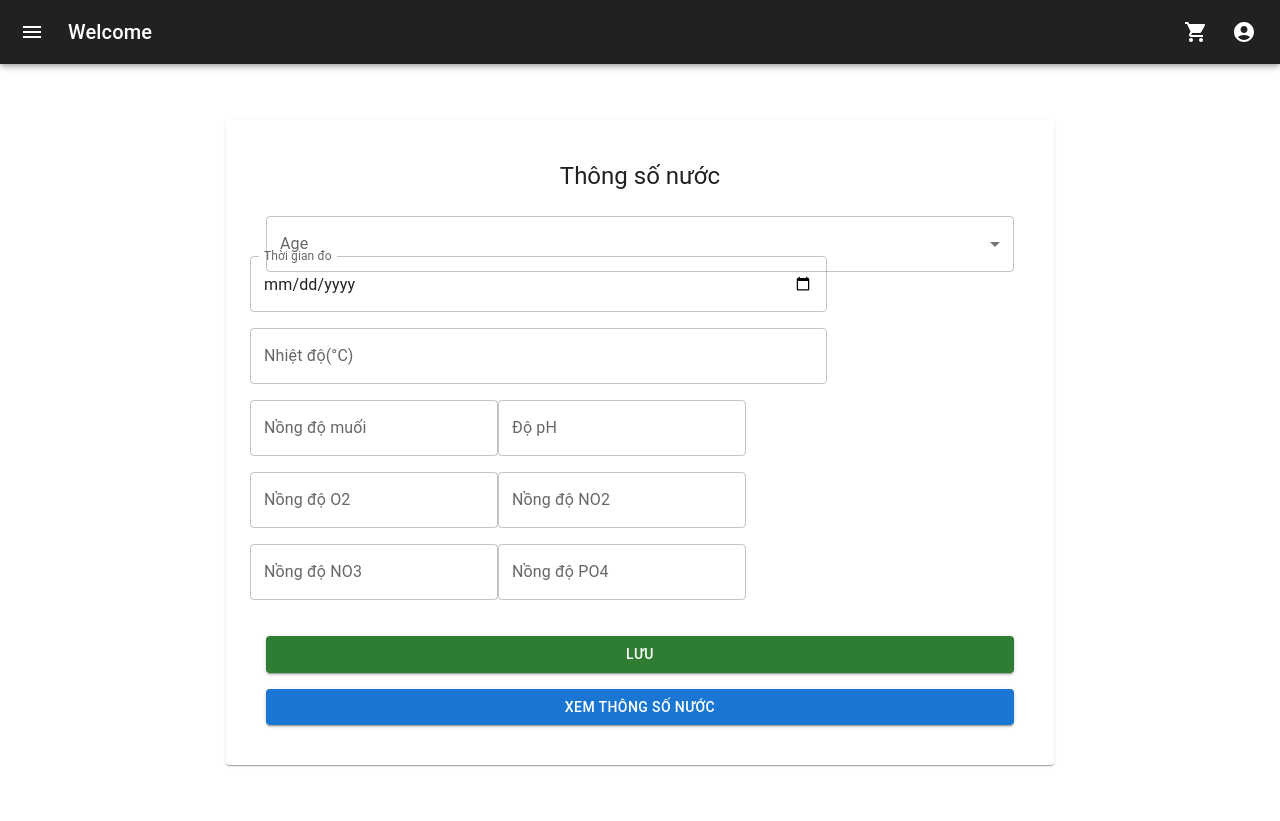
Repository: huynguyenj/KOICARE_FRONTEND
Page: /userhome/param (app in kcs-frontend/)
An editor plug-in stored every save of this project. The page is shown before and after the next save, followed by the edit.
The browser window is 1280 px wide. The pictures show the whole page.
The project was rebuilt for these pictures with package versions that can differ from the ones it lists, and the page was loaded fresh each time. Also part of the build but not shown: kcs-frontend/vite.config.js, kcs-frontend/src/components/Header/Header.css, kcs-frontend/src/components/Header/Header.jsx, kcs-frontend/src/components/Footer/Footer.jsx, kcs-frontend/src/components/Footer/FooterEnd.jsx, kcs-frontend/src/components/Footer/FooterCR.jsx, kcs-frontend/src/components/Footer/Footer1.jsx, kcs-frontend/src/pages/Guest/Home/Home.jsx and 38 more.

Above is the page before, as saved 2024-10-26 14:54:47.

### kcs-frontend/index.html
<!doctype html>
<html lang="en">
  <head>
    <meta charset="UTF-8" />
    <link rel="icon" type="image/svg+xml" href="/vite.svg" />
    <meta name="viewport" content="width=device-width, initial-scale=1.0" />
    <title>Koi Care System</title>
  </head>
  <body>
    <div id="root"></div>
    <script type="module" src="/src/main.jsx"></script>
  </body>
</html>

### kcs-frontend/src/main.jsx
import { createRoot } from "react-dom/client";
import App from "./App.jsx";
import "bootstrap/dist/css/bootstrap.min.css";
import "./index.css";
import { CartProvider } from "./pages/Store/Cart";

createRoot(document.getElementById("root")).render(

    <CartProvider>
      <App />
    </CartProvider>

);

### kcs-frontend/src/App.jsx
import "./App.css";
import { createBrowserRouter, RouterProvider } from "react-router-dom";
import { Navigate } from "react-router-dom";
import Home from "./pages/Guest/Home/Home";
import Login from "./pages/Auth/Login/Login";
import Register from "./pages/Auth/SignUp/SignUp";
import UserProfile from "./pages/UserProfile/UserProfile";

import Layout from "./components/Layout";
import Drawers from "./components/Drawers/User";
// import NavbarUser from "./components/NavbarAfterLogin/NavbarUser";
import MyFish from "./pages/MyFish/FishAdd";
import FishInfo from "./pages/MyFish/FishInfo";
import MyPond from "./pages/MyPond/MyPond";
import Admin from "./components/Drawers/Admin";
import Shop from "./components/Drawers/Shop";
import Dashboard from "./pages/Admin/Dashboard";
import UserInfo from "./pages/Admin/UserInfo";
import HomeForShop from "./pages/HomeForShop/HomeForShop";
// import AddProducts from "./pages/Products/AddProducts/AddProducts";
import FishList from "./pages/MyFish/MyFish";
import PondAdd from "./pages/MyPond/PondAdd";
import PondList from "./pages/MyPond/PondList";
import PondInfo from "./pages/MyPond/PondInfo";
import Store from "./pages/Store/Product";
import Details from "./pages/Store/Details";
import Orders from "./pages/Orders/Orders";
import Status_Products from "./pages/Status_Products/Status_Products";
import ShowProduct from "./pages/Products/ShowProducts/ShowProducts";
import AddProducts from "./pages/Products/AddProducts/AddProducts";
import Revenue from "./pages/Revenue/Revenue"

import News from "./pages/News/News";

import AddBlog from "./pages/News/AddBlog";
import BlogInfo from "./pages/News/blogInfo";
import MyBlog from "./pages/News/MyBlog";
import UpdateBlog from "./pages/News/UpdateBlog";
import Payment from "./pages/Payment/Payment";
import AddWaterParam from "./pages/Calculate/WaterParam/AddWaterParam";


function App() {
  const router = createBrowserRouter([
    {
      path: "/",
      element: <Layout />,
      children: [
        { index: true, element: <Home /> },
        { path: "login", element: <Login /> },
        { path: "register", element: <Register /> },
        {
          path: "userhome",
          element: <Drawers />,
          children: [
            { path: "userprofile", element: <UserProfile /> },
            { path: "myfish", element: <MyFish /> },
            { path: "myfishlist", element: <FishList /> },
            { path: "myfishlist/fishinfo/:id", element: <FishInfo/>},
            { path: "mypond", element: <MyPond /> },
            { path: "pondadd", element: <PondAdd /> },
            { path: "pondlist", element: <PondList /> },
            { path: "pondlist/pondinfo/:id", element: <PondInfo /> },
            { path: "store", element: <Store /> },
            { path: "/userhome/store/:id", element: <Details /> },
            { path: "", element: <Navigate to="mypond" replace /> },
            { path: "news", element: <News /> },
            { path:"param", element: <AddWaterParam/>}
          ],
        },
      ],
    },
    { path: "news", element: <News /> },
    { path: "addBlog", element: <AddBlog /> },
    { path: "blogDetail/:blogId", element: <BlogInfo /> },
    { path: "my-blogs", element: <MyBlog /> },
    { path: "updateBlog/:blogId", element: <UpdateBlog/> },
    { path: "payment", element: <Payment />},

    {
      path: "admin",
      element: <Admin />,
      children: [
        { path: "userInfo", element: <UserInfo /> },
        { path: "", element: <Navigate to="userInfo" replace /> },
        { path: "dashboard", element: <Dashboard /> },
      ],
    },
    {
      path: "shop",
      element: <Shop />,
      children: [
        { path: "homeForShop", element: <HomeForShop /> },
        { path: "addProducts", element: <AddProducts /> },
        { path: "showProduct", element: <ShowProduct /> },
        { path: "orders", element: <Orders /> },
        { path: "revenue", element: <Revenue /> },
        { path: "status_Products", element: <Status_Products /> },
        { path: "", element: <Navigate to="addProducts" replace /> },

      ],
    },
  ]);

  return (
    <>
      <RouterProvider router={router} />

    </>
  );
}

export default App;

### kcs-frontend/src/index.css
body {
      margin: 0;
      font-family: -apple-system, BlinkMacSystemFont, 'Segoe UI', 'Roboto', 'Oxygen',
            'Ubuntu', 'Cantarell', 'Fira Sans', 'Droid Sans', 'Helvetica Neue',
            sans-serif;
      -webkit-font-smoothing: antialiased;
      -moz-osx-font-smoothing: grayscale;
}

code {
      font-family: source-code-pro, Menlo, Monaco, Consolas, 'Courier New',
            monospace;
}

### kcs-frontend/src/pages/Store/Cart.jsx
// CartContext.js
import React, { createContext, useContext, useState } from "react";

const CartContext = createContext();

export const useCart = () => {
  return useContext(CartContext);
};

export const CartProvider = ({ children }) => {
  const [cartItems, setCartItems] = useState([]);

  const addToCart = (product, quantity) => {
    setCartItems((prevItems) => {
      const existingItem = prevItems.find(
        (item) => item.product.id === product.id
      );
      if (existingItem) {
        // If the product already exists, update its quantity
        return prevItems.map((item) =>
          item.product.id === product.id
            ? { ...item, quantity: item.quantity + quantity }
            : item
        );
      }
      // Otherwise, add the product to the cart with the selected quantity
      return [...prevItems, { product, quantity }];
    });
  };

  const updateQuantity = (productId, quantity) => {
    setCartItems((prevItems) =>
      prevItems.map((item) =>
        item.product.id === productId ? { ...item, quantity } : item
      )
    );
  };

  const removeFromCart = (productId) => {
    setCartItems((prevItems) =>
      prevItems.filter((item) => item.product.id !== productId)
    );
  };

 const calculateTotalPrice = () => {
   return cartItems.reduce((total, item) => {
     // Extract the numeric value from the price string and convert it to a number
     const price = parseFloat(item.product.price.replace(/[^\d]/g, ""));
     const quantity = item.quantity;
     return total + price * quantity;
   }, 0);
 };


  return (
    <CartContext.Provider
      value={{
        cartItems,
        addToCart,
        removeFromCart,
        updateQuantity,
        calculateTotalPrice,
      }}
    >
      {children}
    </CartContext.Provider>
  );
};

### kcs-frontend/src/components/Layout/index.jsx
import { useEffect, useState } from "react";
import Navbar from "../Navbar/Navbar.jsx";
import { Outlet, useLocation, useNavigate } from "react-router-dom";
import NavbarUser from "../NavbarAfterLogin/NavbarUser.jsx";
import { getMyInfo, logout } from "../../api/userService.js";

function Layout() {
  const [isLoggedIn, setIsLoggedIn] = useState(false);
  const [user, setUser] = useState("");
  const location = useLocation();
  const navigator = useNavigate()


  useEffect(() => {


    fetchUserInfo();
  }, [location]);

  // Function to handle logout, switching to Navbar when logged out
  const handleLogout = async() => {
    await logout();
    setIsLoggedIn(false);
    navigator('/login'); // Redirect to login page after logging out

  };
    const fetchUserInfo = async () => {
    try {
      const response = await getMyInfo(); // Fetch user info from the API
      if (response && response.result) {
        const parsedUserInfo = response.result; // Assuming the user data is in response.result
        if (parsedUserInfo.userName) {
          setUser(parsedUserInfo.userName); // Set user name from the fetched data
          setIsLoggedIn(true); // Update logged-in status
        } else {
          console.log("User name not found in the fetched information.");
        }
      } else {
        console.log("No user information found in the response.");
      }
    } catch (error) {
      console.error("Failed to fetch user info:", error);
    }
  };
  const hideNavbar = location.pathname.startsWith("/userhome");

  return (
    <div>
      {!hideNavbar &&
        (isLoggedIn ? (
          <NavbarUser user={user} onLogout={handleLogout} /> // Pass logout function to NavbarUser
        ) : (
          <Navbar /> // Show regular Navbar when logged out
        ))}
      <Outlet />
    </div>
  );
}

export default Layout;

### kcs-frontend/src/pages/Calculate/WaterParam/AddWaterParam.jsx
import {
  Button,
  Card,
  CircularProgress,
  Container,
  FormControl,
  Grid,
  InputLabel,
  MenuItem,
  Select,
  TextField,
  Typography,
} from "@mui/material";
import React, { useEffect, useState } from "react";
import { Form } from "react-router-dom";
import { getAllPond } from "../../../api/pond_fish";

function AddWaterParam() {
  const [update, setUpdate] = useState(false);
  const [error,setError] = useState({});
  const [ponds,setPonds] = useState([]);
  const [pondId,setPondId] = useState();
  const [data, setData] = useState({
    mesurementTime: "",
    temperature: "",
    salinity: "",
    ph: "",
    o2: "",
    no2: "",
    no3: "",
    po4: "",
  });

  useEffect(()=>{
      getPonds()
  },[])

  const getPonds = async ()=>{
      try {
           const res =  await getAllPond()
           setPonds(res.result)
      } catch (error) {
            console.log(error)
      }
  }
  const validate = () =>{
      const newError = {}
      if(!data.mesurementTime || data.mesurementTime.trim() ==""){
            newError.time = "Thời gian không được để trống!"
      }
      if(!data.temperature){
            newError.temp = "Nhiệt độ không được để trống!"
      }if(!data.ph|| data.ph < 0){
            newError.ph = "Độ pH không được để trống hoặc < 0"
      }
      if(!data.salinity|| data.salinity < 0){
            newError.salt = "Độ muối không được để trống hoặc < 0"
      }
      if(!data.o2 || data.o2 <= 0){
            newError.o2 = "Nồng độ oxi không được để trống hoặc <= 0"
      }if(!data.no2){
            newError.no2 = "Nồng độ NO2 không được để trống"
      }if(!data.no3){
            newError.no3 = "Nồng độ NO3 không được để trống"
      }if(!data.po4){
            newError.po4 = "Nồng độ PO4 không được để trống"
      }
      setError(newError)
      return Object.keys(newError).length===0;

  }
  const handleChange = (e) => {
    const { name, value } = e.target;
    setData({ ...data, [name]: value });
  };

  const handleSubmit = async (e) =>{
      e.preventDefault();
      if(validate()){
            setUpdate(true)

      }
  }
  const handlePond = (e)=>{
      setPondId(e.target.value)
  }
  return (
    <Container sx={{ width: "75%" }}>
      <Grid item xs={12} sm={5}>
        <Card sx={{ padding: 5, border: "AppWorkspace" }}>
          <Typography variant="h5" sx={{ mb: 3 }}>
            Thông số nước
          </Typography>
          <FormControl fullWidth>
        <InputLabel id="demo-simple-select-label">Age</InputLabel>
        <Select
          labelId="demo-simple-select-label"
          id="demo-simple-select"
          value={pondId}
          label="Age"
          onChange={handleChange}
        >
          <MenuItem value={10}>Ten</MenuItem>
          <MenuItem value={20}>Twenty</MenuItem>
          <MenuItem value={30}>Thirty</MenuItem>
        </Select>
      </FormControl>
          <Form onSubmit={handleSubmit}>
            <Grid item xs={12} sm={9} container spacing={2}>
              <TextField
                fullWidth
                label="Thời gian đo"
                type="date"
                name="mesurementTime"
                value={data.mesurementTime}
                onChange={handleChange}
                sx={{ mb: 2 }}
                error ={!!error.time}
                helperText={error.time}
                InputLabelProps={{
                  shrink: true,
                }}
              ></TextField>

              <TextField
                fullWidth
                label="Nhiệt độ(°C)"
                type="number"
                name="temperature"
                value={data.temperature}
                onChange={handleChange}
                sx={{ mb: 2 }}
                error ={!!error.temp}
                helperText={error.temp}
              ></TextField>

              <FormControl>
                <TextField
                  fullWidth
                  label="Nồng độ muối"
                  type="number"
                  name="salinity"
                  value={data.salinity}
                  onChange={handleChange}
                  sx={{ mb: 2 }}
                  error ={!!error.salt}
                  helperText={error.salt}
                ></TextField>
              </FormControl>

              <FormControl>
                <TextField
                  fullWidth
                  label="Độ pH"
                  type="number"
                  name="ph"
                  value={data.ph}
                  onChange={handleChange}
                  sx={{ mb: 2 }}
                  error ={!!error.ph}
                  helperText={error.ph}
                ></TextField>
              </FormControl>

              <FormControl>
                <TextField
                  fullWidth
                  label="Nồng độ O2"
                  type="number"
                  name="o2"
                  value={data.o2}
                  onChange={handleChange}
                  sx={{ mb: 2 }}
                  error ={!!error.o2}
                  helperText={error.o2}
                ></TextField>
              </FormControl>

              <FormControl>
                <TextField
                  fullWidth
                  label="Nồng độ NO2"
                  type="number"
                  name="no2"
                  value={data.no2}
                  onChange={handleChange}
                  sx={{ mb: 2 }}
                  error ={!!error.no2}
                  helperText={error.no2}
                ></TextField>
              </FormControl>

              <FormControl>
                <TextField
                  fullWidth
                  label="Nồng độ NO3"
                  type="number"
                  name="no3"
                  value={data.no3}
                  onChange={handleChange}
                  sx={{ mb: 2 }}
                  error ={!!error.no3}
                  helperText={error.no3}
                ></TextField>
              </FormControl>

              <FormControl>
                <TextField
                  fullWidth
                  label="Nồng độ PO4"
                  type="number"
                  name="po4"
                  value={data.po4}
                  onChange={handleChange}
                  sx={{ mb: 2 }}
                  error ={!!error.po4}
                  helperText={error.po4}
                ></TextField>
              </FormControl>
            </Grid>
            <Button
              variant="contained"
              color="success"
              type="submit"
              disabled={update}
            >
              {update ? <CircularProgress color="inherit" /> : "Lưu"}
            </Button>
          </Form>
          <Grid>
            <Button variant="contained" sx={{mt:2,width:'100%'}}>Xem thông số nước</Button>
          </Grid>
        </Card>
      </Grid>
    </Container>
  );
}

export default AddWaterParam;

### kcs-frontend/src/pages/Guest/Home/Home.css
body {
    margin: 0;
    padding: 0;
}

.d-flex img {
    max-width: 265px;
    height: auto;
    margin: 10px;
}

.d-flex p {
    max-width: 300px;
    text-align: center;
    font-family: "JetBrains Mono";
}

.grid-container {
    display: grid;
    grid-template-columns: 1fr;
    gap: 20px;
}

h2 {
    margin-top: 30px;
}

p {
    margin: 0;
}

### kcs-frontend/src/pages/Orders/Orders.css
body {
  font-family: Arial, sans-serif;
  background-color: #f3f3f3;
  margin: 0;
}

.title {
  margin-top: 20px;
  color: #333;
}

.orders-list {
  margin-top: 20px;
}

.order {
  background-color: #fff;
  padding: 15px;
  margin-bottom: 20px;
  border-radius: 8px;
  box-shadow: 0px 4px 8px rgba(0, 0, 0, 0.1);
}

.order-header p {
  margin: 5px 0;
}

.products-grid {
  display: grid;
  grid-template-columns: repeat(2, 1fr);
  gap: 10px;
  margin-top: 15px;
}

.product {
  background-color: #f5f5f5;
  border-radius: 5px;
  display: flex;
  padding: 10px;
}

.product-image {
  background-color: #f4a08c;
  width: 50px;
  height: 50px;
  margin-right: 10px;
}

.product-info {
  display: flex;
  flex-direction: column;
  justify-content: center;
}

### kcs-frontend/src/pages/Products/AddProducts/AddProducts.css
General Styling
body {
  font-family: Arial, sans-serif;
  background-color: #f0f0f0;
  margin: 0;
  padding: 0;

}

.upload-frame {
  display: flex;
  justify-content: center;
  align-items: center;
  width: 400px;
  height: 280px;
  border: 2px dashed #ccc; /* Dashed border to show it's clickable */
  margin: 20px auto;
  cursor: pointer;
  position: relative;
  box-shadow: 0px 4px 6px rgba(0, 0, 0, 0.5); /* Slight shadow */
}

.upload-frame label {
  color: #666;
  font-size: 20px;
  text-align: center;
  cursor: pointer;
}

.upload-frame input[type="file"] {
  display: none;
}

.success-message {
  color: green;
  font-size: 20px;
  margin-bottom: 20px;
  font-weight: bold;
}

.upload-frame img {
  width: 100%;
  height: 100%;
  object-fit: cover;
}

.title-product {
  justify-content: flex-start;
  margin-top:20px;
}

/* .top-actions {
  display: flex;
  justify-content: flex-start;
  margin: 20px;
} */

/* .action-btn {
  background-color: #f00;
  color: #fff;
  border: none;
  padding: 10px 20px;
  margin-left: 10px;
  border-radius: 5px;
  cursor: pointer;
  font-size: 16px;
  box-shadow: 0px 4px 6px rgba(0, 0, 0, 0.5);
} */

/* .action-btn:hover {
  background-color: #d00;
} */

/* Main Container */
h2 {
  color: red;
  font-size: 24px;
  margin-bottom: 20px;
}

/* Product Image */
.product-image {
  display: flex;
  justify-content: center;
  margin-right: 50px;
  margin-bottom: 30px;
}

.product-image img {
  max-width: 500px;
  max-height: 300px;
  box-shadow: 0px 4px 6px rgba(0, 0, 0, 0.5); /* Slight shadow */
}

/* Form Inputs */
form {
  display: grid;
  grid-template-columns: 1fr;
  gap: 20px;
}

input[type="text"], select, textarea {
  width: 100%;
  padding: 10px;
  border: 1px solid #ccc;
  border-radius: 5px;
  font-size: 16px;
}

textarea {
  height: 150px;
}

/* Action Buttons */
.actions {
  display: flex;
  justify-content: space-between;
  align-items: center;
}

.actions button {
  background-color: #f00;
  color: white;
  padding: 10px 20px;
  border: 2px solid black;
  border-radius: 5px;
  cursor: pointer;
  box-shadow: 0px 4px 6px rgba(0, 0, 0, 0.5); /* Slight shadow */
}

.actions button:hover {
  background-color: #43b8a0;
}

Loaded but not shown: kcs-frontend/src/App.css (common file); kcs-frontend/src/api/userService.js (296 lines, source omitted); kcs-frontend/src/api/pond_fish.js (228 lines, source omitted); kcs-frontend/src/components/Drawers/User.jsx (381 lines, source omitted)

After the next save:
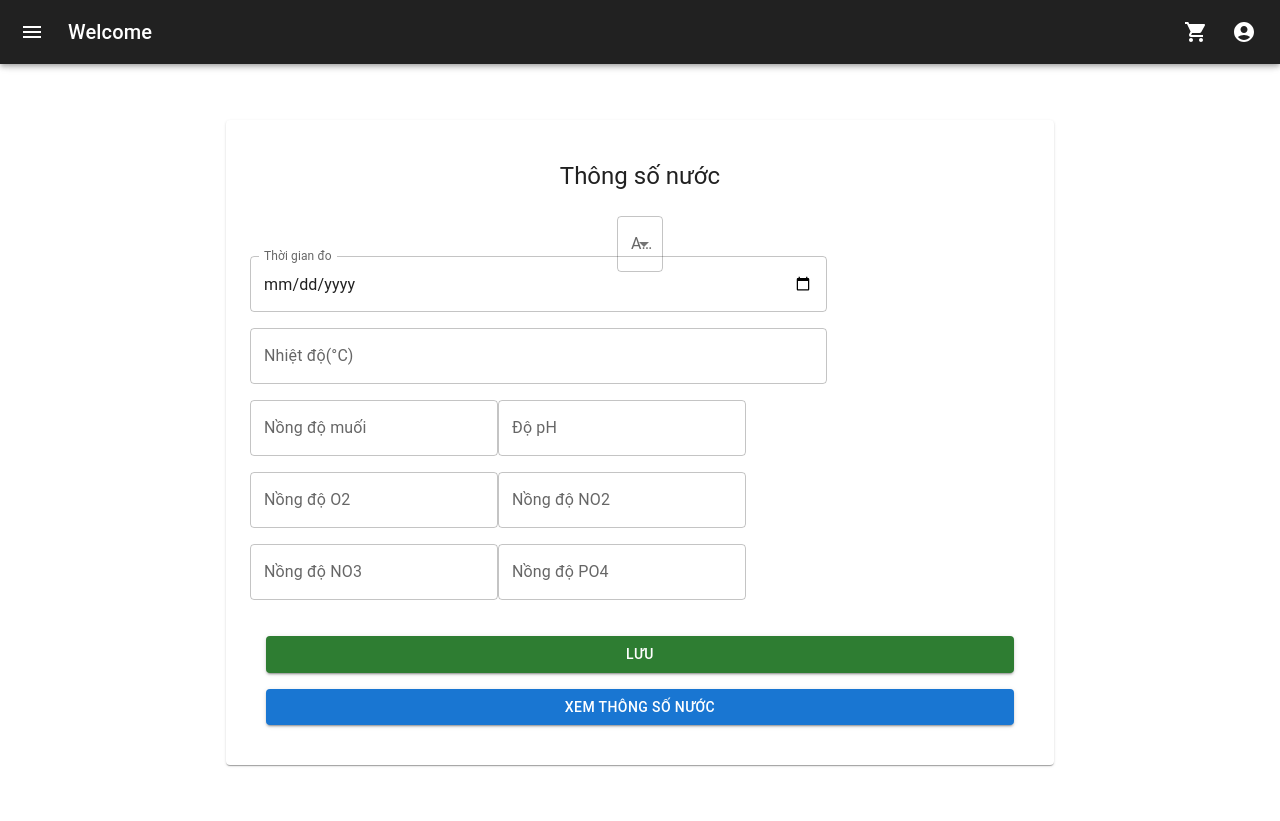
Saved 41 s later.
--- a/kcs-frontend/src/pages/Calculate/WaterParam/AddWaterParam.jsx
+++ b/kcs-frontend/src/pages/Calculate/WaterParam/AddWaterParam.jsx
@@ -91,7 +91,7 @@ function AddWaterParam() {
           <Typography variant="h5" sx={{ mb: 3 }}>
             Thông số nước
           </Typography>
-          <FormControl fullWidth>
+          <FormControl>
         <InputLabel id="demo-simple-select-label">Age</InputLabel>
         <Select
           labelId="demo-simple-select-label"
